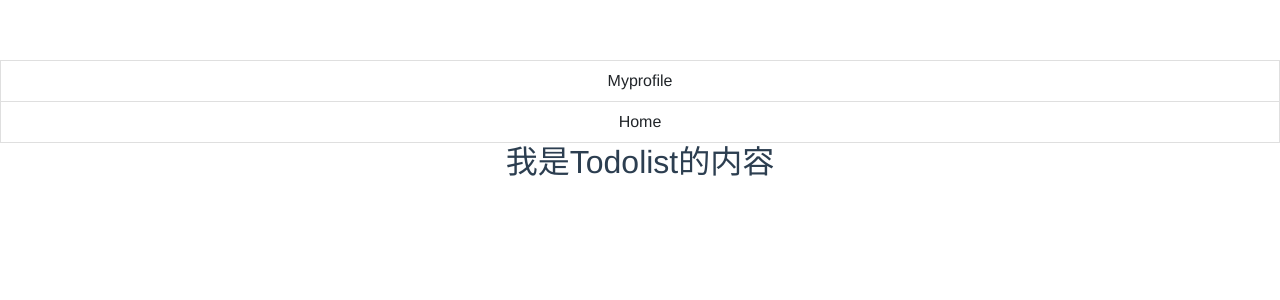
Repository: Shanshan67/todolist
Page: /#/todolist
The author's editor kept a copy of each file at every save. The page is drawn from the files as they stood at one save, then again after the next save.
The browser window is 1280 px wide. The pictures show the whole page.
The project was rebuilt for these pictures with package versions that can differ from the ones it lists, and the page was loaded fresh each time. Also part of the build but not shown: src/components/HelloWorld.vue, src/components/Myprofile.vue.

Above is the page before, as saved 2022-07-15 14:48:05.

### index.html
<!DOCTYPE html>
<html>
  <head>
    <meta charset="utf-8">
    <meta name="viewport" content="width=device-width,initial-scale=1.0">
    <title>baoge</title>
  </head>
  <body>
    <div id="app"></div>
    <!-- built files will be auto injected -->
  </body>
</html>

### src/main.js
// The Vue build version to load with the `import` command
// (runtime-only or standalone) has been set in webpack.base.conf with an alias.
import Vue from 'vue'
import App from './App'
import router from './router'
import "bootstrap/dist/css/bootstrap.min.css"

Vue.config.productionTip = false

/* eslint-disable no-new */
new Vue({
  el: '#app',
  router,
  components: { App },
  template: '<App/>'
})

### src/App.vue
<template>
  <div id="app">
    <div>
      <router-link class="list-group-item" active-class="active" to="/profile">Myprofile</router-link>
      <router-link class="list-group-item" active-class="active" to="/home">Home</router-link>
    </div>
    <div>
      <router-view/>
    </div>
  </div>
</template>

<script>
export default {
  name: 'App'
}
</script>

<style>
#app {
  font-family: 'Avenir', Helvetica, Arial, sans-serif;
  -webkit-font-smoothing: antialiased;
  -moz-osx-font-smoothing: grayscale;
  text-align: center;
  color: #2c3e50;
  margin-top: 60px;
}
</style>

### src/router/index.js
import Vue from 'vue'
import Router from 'vue-router'
import HelloWorld from '@/components/HelloWorld'
import Myprofile from '../components/Myprofile'
import Todolist from '../components/Todolist'

Vue.use(Router)

export default new Router({
  routes: [
    {
      path: '/',
      name: 'HelloWorld',
      component: HelloWorld
    },
    {
			path:'/profile',
			component:Myprofile
		},
		{
			path:'/todolist',
			component:Todolist
		}
  ]
})

### src/components/Todolist.vue
<template>
	<h2>我是Todolist的内容</h2>
</template>

<script>
	export default {
		name:'Todolist'
	}
</script>

After the next save:
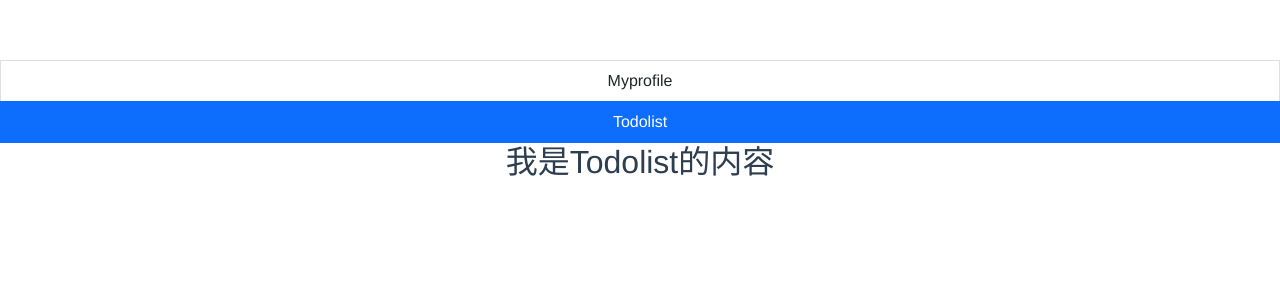
Saved 27 s later.
--- a/src/App.vue
+++ b/src/App.vue
@@ -2,7 +2,7 @@
   <div id="app">
     <div>
       <router-link class="list-group-item" active-class="active" to="/profile">Myprofile</router-link>
-      <router-link class="list-group-item" active-class="active" to="/home">Home</router-link>
+      <router-link class="list-group-item" active-class="active" to="/todolist">Todolist</router-link>
     </div>
     <div>
       <router-view/>
